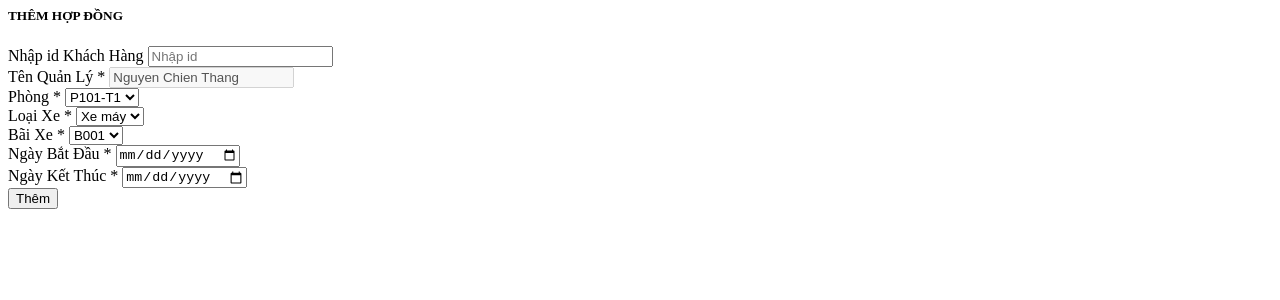
Repository: NguyenChienThangB1910143/QL_ChungCy
Page: http://localhost/hopdong/them
The author's editor kept a copy of each file at every save. The page is drawn from the files as they stood at one save, then again after the next save.
The browser window is 1280 px wide. The pictures show the whole page.
The page is served by the project's Laravel application, run on PHP 8.4 with Laravel 10. The first stored user is signed in. Other server files are loaded and not shown. The database holds what the project's SQL file puts in it. Queries for data that is not in the repository find no rows.

Above is the page before, as saved 2023-08-25 13:45:59.

### routes/web.php
<?php
use App\Http\Controllers\Auth\LogoutController;
use App\Http\Controllers\Auth\LoginController;
use App\Http\Controllers\BaiXeController;
use App\Http\Controllers\HomeController;
use App\Http\Controllers\HopDongController;
use App\Http\Controllers\PhongController;
use App\Http\Controllers\ThongKeController;
use App\Http\Controllers\TaiKhoanController;
use App\Http\Controllers\TangController;
use App\Http\Controllers\ToaController;
use Illuminate\Support\Facades\Route;

/*
|--------------------------------------------------------------------------
| Web Routes
|--------------------------------------------------------------------------
|
| Here is where you can register web routes for your application. These
| routes are loaded by the RouteServiceProvider and all of them will
| be assigned to the "web" middleware group. Make something great!
|
*/

Route::get('/', function () {
    return view('chungcu');
});
//router login
Route::get('/login', [LoginController::class, 'getLogin'])->name('login');;
Route::post('/login', [LoginController::class, 'postLogin'])->name('post-login');
Route::any('/forgotpassword', [LoginController::class, 'forgotpassword'])->name('forgot-password');
Route::group(['middleware' => 'auth'], function () {
    // router home
    Route::get('/', [HomeController::class, 'index'])->name('home');
    Route::get('/logout', [LogoutController::class, 'getLogout'])->name('logout');
    //phong
    Route::get('/phong', [PhongController::class, 'index'])->name('phong');
    Route::get('/phong/them', [PhongController::class, 'them'])->name('phong-them');
    Route::post('/phong/them', [PhongController::class, 'store'])->name('phong-store');
    Route::get('/phong/chinhsua/{id_phong}', [PhongController::class, 'chinhsua'])->name('phong-chinhsua');
    Route::post('/phong/update/{id_phong}', [PhongController::class, 'update'])->name('phong-update');
    // hop dong
    Route::get('/hopdong', [HopDongController::class, 'index'])->name('hopdong');
    Route::get('/hopdong/capnhat/{id_hopdong}', [HopDongController::class, 'capnhat'])->name('hopdong-capnhat');
    Route::post('/hopdong/update/{id_hopdong}', [HopDongController::class, 'update'])->name('hopdong-update');
    Route::get('/hopdong/them', [HopDongController::class, 'them'])->name('hopdong-them');
    Route::post('/hopdong/them', [HopDongController::class, 'store'])->name('hopdong-store');
    Route::get('/hopdong/chitiet/{id_hopdong}', [HopDongController::class, 'chitiet'])->name('hopdong-chitiet');
    // Tang
    Route::get('/tang', [TangController::class, 'index'])->name('tang');
    Route::get('/tang/them', [TangController::class, 'them'])->name('tang-them');
    Route::post('/tang/them', [TangController::class, 'store'])->name('tang-store');
    Route::get('/tang/chinhsua/{id_tang}', [TangController::class, 'chinhsua'])->name('tang-chinhsua');
    Route::post('/tang/update/{id_tang}', [TangController::class, 'update'])->name('tang-update');
    // tai khoan
    Route::get('/taikhoan', [TaiKhoanController::class, 'index'])->name('taikhoan');
    Route::get('/taikhoan/them', [TaiKhoanController::class, 'them'])->name('taikhoan-them');
    Route::post('/taikhoan/them', [TaiKhoanController::class, 'store'])->name('taikhoan-store');
    Route::get('/taikhoan/chinhsua/{id}', [TaiKhoanController::class, 'chinhsua'])->name('taikhoan-chinhsua');
    Route::post('/taikhoan/update/{id}', [TaiKhoanController::class, 'update'])->name('taikhoan-update');
    // thong ke
    Route::get('/thongke', [ThongKeController::class, 'index'])->name('thongke');
    // bai xe
    Route::get('/baixe', [BaiXeController::class, 'index'])->name('baixe');
    Route::get('/baixe/them', [BaiXeController::class, 'them'])->name('baixe-them');
    Route::post('/baixe/them', [BaiXeController::class, 'store'])->name('baixe-store');
    Route::get('/baixe/chinhsua/{id_baixe}', [BaiXeController::class, 'chinhsua'])->name('baixe-chinhsua');
    Route::post('/baixe/update/{id_baixe}', [BaiXeController::class, 'update'])->name('baixe-update');
    //toa
    Route::get('/toa', [ToaController::class, 'index'])->name('toa');
    Route::get('/toa/them', [ToaController::class, 'them'])->name('toa-them');
    Route::post('/toa/them', [ToaController::class, 'store'])->name('toa-store');
    Route::get('/toa/chinhsua/{id_toa}', [ToaController::class, 'chinhsua'])->name('toa-chinhsua');
    Route::post('/toa/update/{id_toa}', [ToaController::class, 'update'])->name('toa-update');

});

### app/Models/User.php
<?php

namespace App\Models;

// use Illuminate\Contracts\Auth\MustVerifyEmail;
use Illuminate\Database\Eloquent\Factories\HasFactory;
use Illuminate\Foundation\Auth\User as Authenticatable;
use Illuminate\Notifications\Notifiable;
use Laravel\Sanctum\HasApiTokens;

class User extends Authenticatable
{
    use HasApiTokens, HasFactory, Notifiable;

    protected $table = 'users';


    protected $primarykey = 'id';

    protected $fillable = [
        'name',
        'ngaysinh',
        'email',
        'sdt',
        'password',
        'quyen',
        'STK'
    ];

    public $timestamps = true;

    /**
     * The attributes that should be cast to native types.
     *
     * @var array
     */

    public function setPasswordAttribute($value)
    {
        $this->attributes['password'] = bcrypt($value);
    }
}

### app/Http/Controllers/HopDongController.php
<?php

namespace App\Http\Controllers;

use App\Http\Controllers\Controller;
use App\Models\BaiXe;
use Illuminate\Http\Request;
use App\Models\HopDong;
use App\Models\User;
use App\Models\Phong;
use Illuminate\Support\Facades\Auth;
use Session;
class HopDongController extends Controller
{
    public function index()
    {
        $title = 'Hợp Đồng';
        $breadcrumbs = [
            [
                'name' => 'Hợp Đồng',
                'link' => './hopdong'
            ]
        ];
        $hopdong = HopDong::join('users as user', 'user.id', '=', 'hopdong.id_user')
                  ->join('users as ql', 'ql.id', '=', 'hopdong.id_ql')
                  ->join('phong', 'phong.id_phong', '=', 'hopdong.id_phong')
                  ->join('baixe', 'baixe.id_baixe', '=', 'hopdong.id_baixe')
                  ->select(
                      'hopdong.*',
                      'user.name as ten_user',
                      'ql.name as ten_ql',
                      'phong.ten as ten_phong',
                      'baixe.ms as ms_baixe'
                  )
                  ->paginate(5);


        return view('hopdong/hopdong', compact('title', 'hopdong', 'breadcrumbs'));
    }
    public function capnhat(Request $request)
    {
        $title = 'Hợp Đồng';

        $breadcrumbs = [
            [
                'name' => 'Hợp đồng',
                'link' => '../'
            ], [
                'name' => 'Cập nhật',
                'link' => './' . $request->id_hopdong
            ]
        ];
        $capnhathopdong = HopDong::join('users as user', 'user.id', '=', 'hopdong.id_user')
        ->join('users as ql', 'ql.id', '=', 'hopdong.id_ql')
        ->join('phong', 'phong.id_phong', '=', 'hopdong.id_phong')
        ->join('baixe', 'baixe.id_baixe', '=', 'hopdong.id_baixe')
        ->select(
            'hopdong.*',
            'user.name as ten_user',
            'ql.name as ten_ql',
            'phong.ten as ten_phong',
            'baixe.ms as ms_baixe'
        )->where('id_hopdong', $request->id_hopdong)->get();

        return view('hopdong/capnhat', compact('title', 'capnhathopdong', 'breadcrumbs'));
    }
    public function update(Request $request)
    {
        // dd($request);
        $user = User::where('name', $request->ten_user)->first();
        $userql= User::Where('name',$request->ten_ql)->first();
        $phong = Phong::where('ten', $request->ten_phong)->first();
        $baixe = Baixe::where('ms', $request->ms_baixe)->first();
        $suahopdong = HopDong::where('id_hopdong', $request->id_hopdong)->update([
            'id_hopdong' => $request->id_hopdong,
            'id_user' => $user->id,
            'id_ql' => $userql->id,
            'id_phong' => $phong->id_phong,
            'id_baixe' => $baixe->id_baixe,
            'ngaybatdau' => $request->ngaybatdau,
            'ngayketthuc' => $request->ngayketthuc,
        ]);
        if ($suahopdong) {
            Session::flash('success', 'Cập nhật thành công.');
            return response()->json(['status' => 'success', 'message' => 'Cập nhật thành công.']);
        }

        return redirect()->route('hopdong')->with('success', 'Sửa không thành công, không được chỉnh sửa mã hợp đồng');
    }
    public function them()
    {
        $title = 'Hợp đồng';
        $breadcrumbs = [
            [
                'name' => 'Hợp đồng',
                'link' => './'
            ], [
                'name' => 'Thêm',
                'link' => './them'
            ]
        ];
        $hopdong = hopdong::get();
        $user =User::get();
        $baixe=BaiXe::get();
        $phong=Phong::get();
        return view('hopdong/them', compact('title', 'breadcrumbs', 'hopdong','user', 'phong', 'baixe'));
    }
    public function store(Request $request)
    {
        // Lấy id người dùng đang đăng nhập
         $id_ql = Auth::user()->id;

        // Lấy id người dùng được chọn từ request

        // Tạo hợp đồng mới
            $addhopdong = new HopDong();

            $addhopdong->id_user = $request->user;
            $addhopdong->id_ql = $id_ql;
            $addhopdong->id_phong = $request->phong;
            $addhopdong->id_baixe = $request->baixe;
            $addhopdong->ngaybatdau = $request->input('ngaybatdau');
            $addhopdong->ngayketthuc = $request->input('ngayketthuc');
            $addhopdong->save();

    // Hiển thị danh sách hợp đồng
    return redirect()->route('hopdong')->with('success', 'Thêm thành công');
}
public function chitiet(Request $request)
{
    $title = 'Hợp đồng';
    $breadcrumbs = [
        [
            'name' => 'Hợp đồng',
            'link' => '../'
        ], [
            'name' => 'Chi tiết',
            'link' => './' . $request->id_hopdong
        ]
    ];
    $chitiethopdong = HopDong::join('users as user', 'user.id', '=', 'hopdong.id_user')
    ->join('users as ql', 'ql.id', '=', 'hopdong.id_ql')
    ->join('phong', 'phong.id_phong', '=', 'hopdong.id_phong')
    ->join('baixe', 'baixe.id_baixe', '=', 'hopdong.id_baixe')
    ->select(
        'hopdong.*',
        'user.name as ten_user',
        'ql.name as ten_ql',
        'phong.ten as ten_phong',
        'baixe.ms as ms_baixe'
    )->where('id_hopdong', $request->id_hopdong)->get();

    return view('hopdong/chitiet', compact('title', 'chitiethopdong', 'breadcrumbs'));
}
}

### app/Models/HopDong.php
<?php

namespace App\Models;

use Illuminate\Database\Eloquent\Factories\HasFactory;
use Illuminate\Database\Eloquent\Model;

class HopDong extends Model
{
    use HasFactory;
    protected $table = 'hopdong';

    protected $primarykey = 'id_hopdong';

    protected $fillable = [
        'id_user',
        'id_phong',
        'id_baixe',
        'ngaybatdau',
        'ngayketthuc'
    ];
    public function hopdong_user()
    {
        return $this->hasOne(User::class, 'id_user' ,'id_user');
    }
    public function hopdong_phong()
    {
        return $this->hasOne(Phong::class, 'id_phong' ,'id_phong');
    }
    public function hopdong_baixe()
    {
        return $this->hasMany(BaiXe::class, 'id_baixe' ,'id_baixe');
    }
}

### app/Models/BaiXe.php
<?php

namespace App\Models;

use Illuminate\Database\Eloquent\Factories\HasFactory;
use Illuminate\Database\Eloquent\Model;

class BaiXe extends Model
{
    use HasFactory;
    protected $table= 'baixe';
    protected $primarykey = 'id_baixe';
    protected $fillable = [
        'ms',
        'loaixe',
        'tinhtrang',
        'gia',
    ];
    public function hopdong()
    {
        return $this->hasOne(HopDong::class, 'id_baixe' ,'id_baixe');
    }
}

### app/Models/Phong.php
<?php

namespace App\Models;

use Illuminate\Database\Eloquent\Factories\HasFactory;
use Illuminate\Database\Eloquent\Model;

class Phong extends Model
{
    use HasFactory;
    protected $table = 'phong';

    protected $primarykey = 'id_phong';

    protected $fillable = [
        'id_tang',
        'ten',
        'tinhtrang',
        'gia'
    ];
    public function phong_tang()
    {
        return $this->belongsTo(Tang::class, 'id_tang' ,'id_tang');
    }
    public function phong_hopdong()
    {
        return $this->hasMany(HopDong::class, 'id_phong', 'id_phong');
    }
}

### resources/views/hopdong/them.blade.php
<!-- Content -->
@csrf

<div class="container col-md-auto mt-2">
    <div class="alert alert-primary">
        <div class="row justify-content-center">
            <h5 class="text-center" id="side12">THÊM HỢP ĐỒNG</h5>
        </div>
        <div class="mb-3 option-user">
                <label class="form-label">Nhập id Khách Hàng</label>
                <input type="text" class="form-control" id="search" placeholder="Nhập id" list="userList" name="user">
                    <datalist id="userList">
                        @foreach($user as $user)
                        <option value="{{$user->id}}">{{ $user->name }}</option>
                        @endforeach
                    </datalist>
                </input>
        </div>
        <div class="mb-3 option-ql">
            <label class="form-label">Tên Quản Lý
                <span id="colorIcon">*</span>
            </label>
            <input disabled required class="form-control" type="text" name="ten_ql" value="{{Auth::user()->name}}">
        </div>
        <div class="mb-3 option-phong">
            <label class="form-label">Phòng
                <span id="colorIcon">*</span>
            </label>
            <select style="cursor: pointer;" class="form-control" aria-label="Default select example" id="phong" name="phong">
                @foreach($phong as $phong)
                <option value="{{$phong->id_phong}}">{{$phong->ten}}</option>
                @endforeach
            </select>
        </div>
        <div class="mb-3 option-loaixe">
    <label class="form-label">Loại Xe
        <span id="colorIcon">*</span>
    </label>
    <select style="cursor: pointer;" class="form-control" aria-label="Default select example" id="loaixe" name="loaixe">
        <option value="xe máy">Xe máy</option>
        <option value="ô tô">Ô tô</option>
    </select>
</div>

<div class="mb-3 option-baixe">
    <label class="form-label">Bãi Xe
        <span id="colorIcon">*</span>
    </label>
    <select style="cursor: pointer;" class="form-control" aria-label="Default select example" id="baixe" name="baixe">
        @foreach($baixe as $baixe)
            @if($baixe->loaixe == 'Xe máy')
                <option value="{{$baixe->id_baixe}}">{{$baixe->ms}}</option>
            @endif
        @endforeach
    </select>
</div>
        <div class="mb-3 option-ngaybatdau">
            <label class="form-label">Ngày Bắt Đầu
                <span id="colorIcon">*</span>
            </label>
            <input required class="form-control" type="date" name="ngaybatdau">
        </div>
        <div class="mb-3 option-ngayketthuc">
            <label class="form-label">Ngày Kết Thúc
                <span id="colorIcon">*</span>
            </label>
            <input required class="form-control" type="date" name="ngayketthuc">
        </div>
        <div class="row justify-content-center">
            <button type="submit" class="btn btn-success col-md-5" id="">Thêm</button>
        </div>
    </div>
</div>
<script>
    // Lắng nghe sự kiện thay đổi giá trị của trường loaixe
    document.getElementById('loaixe').addEventListener('change', function() {
        // Lấy giá trị của trường loaixe
        var loaixe = this.value;

        // Lấy danh sách các option trong trường baixe
        var options = document.querySelectorAll('#baixe option');

        // Duyệt qua từng option
        options.forEach(function(option) {
            // Lấy giá trị của option
            var value = option.value;

            // Tìm bãi xe tương ứng với giá trị của option
            var baixe = @json($baixe).find(function(baixe) {
                return baixe.id_baixe == value;
            });

            // Nếu bãi xe có loại xe khớp với giá trị của trường loaixe
            if (baixe.loaixe == loaixe) {
                // Hiển thị option
                option.style.display = 'block';
            } else {
                // Ẩn option
                option.style.display = 'none';
            }
        });
    });
    // Lấy phần tử input và datalist
const searchInput = document.querySelector('#search');
const userList = document.querySelector('#userList');

// Lắng nghe sự kiện 'input' trên phần tử input
searchInput.addEventListener('input', function() {
    // Lấy giá trị của phần tử input
    const searchValue = searchInput.value.trim().toLowerCase();

    // Lọc danh sách người dùng dựa trên giá trị tìm kiếm
    const filteredUsers = users.filter(function(user) {
        return user.name.toLowerCase().includes(searchValue);
    });

    // Cập nhật danh sách tùy chọn trong phần tử datalist
    userList.innerHTML = '';
    for (const user of filteredUsers) {
        const option = document.createElement('option');
        option.value = user.name;
        userList.appendChild(option);
    }
});
</script>

### chungcutest.sql (the tables this page reads)
CREATE TABLE `baixe` (
  `id_baixe` int(11) NOT NULL,
  `ms` varchar(255) NOT NULL,
  `loaixe` varchar(255) NOT NULL,
  `tinhtrang` int(11) DEFAULT NULL,
  `gia` double NOT NULL,
  `created_at` timestamp NULL DEFAULT NULL,
  `updated_at` timestamp NULL DEFAULT NULL
) ENGINE=InnoDB DEFAULT CHARSET=utf8mb4 COLLATE=utf8mb4_general_ci;

INSERT INTO `baixe` (`id_baixe`, `ms`, `loaixe`, `tinhtrang`, `gia`, `created_at`, `updated_at`) VALUES
(3, 'A001', 'Ô tô', 0, 100000, '2023-12-04 21:37:57', '2023-12-04 21:37:57'),
(4, 'B001', 'Xe máy', 0, 50000, '2023-12-04 21:38:21', '2023-12-04 21:38:21');

ALTER TABLE `baixe`
  ADD PRIMARY KEY (`id_baixe`);

ALTER TABLE `baixe`
  MODIFY `id_baixe` int(11) NOT NULL AUTO_INCREMENT, AUTO_INCREMENT=5;

CREATE TABLE `phong` (
  `id_phong` int(11) NOT NULL,
  `ten` varchar(255) NOT NULL,
  `id_tang` int(11) NOT NULL,
  `tinhtrang` int(11) DEFAULT NULL,
  `created_at` timestamp NULL DEFAULT NULL,
  `updated_at` timestamp NULL DEFAULT NULL
) ENGINE=InnoDB DEFAULT CHARSET=utf8mb4 COLLATE=utf8mb4_general_ci;

INSERT INTO `phong` (`id_phong`, `ten`, `id_tang`, `tinhtrang`, `created_at`, `updated_at`) VALUES
(8, 'P101-T1', 4, 0, '2023-12-04 21:35:05', '2023-12-04 21:35:05'),
(9, 'P102-T1', 4, 0, '2023-12-04 21:35:30', '2023-12-04 21:35:30'),
(10, 'P103-T1', 4, 0, '2023-12-04 21:35:52', '2023-12-04 21:35:52'),
(11, 'P104-T1', 4, 0, '2023-12-04 21:36:18', '2023-12-04 21:36:18'),
(12, 'P105-T1', 4, 0, '2023-12-04 21:36:44', '2023-12-04 21:36:44');

ALTER TABLE `phong`
  ADD PRIMARY KEY (`id_phong`);

ALTER TABLE `phong`
  MODIFY `id_phong` int(11) NOT NULL AUTO_INCREMENT, AUTO_INCREMENT=13;

CREATE TABLE `users` (
  `id` int(11) NOT NULL,
  `name` varchar(255) NOT NULL,
  `ngaysinh` date DEFAULT NULL,
  `email` varchar(255) NOT NULL,
  `sdt` varchar(20) NOT NULL,
  `password` varchar(255) NOT NULL,
  `quyen` int(11) NOT NULL,
  `STK` varchar(255) NOT NULL,
  `trangthai` int(11) DEFAULT NULL,
  `created_at` timestamp NULL DEFAULT NULL,
  `updated_at` timestamp NULL DEFAULT NULL
) ENGINE=InnoDB DEFAULT CHARSET=utf8mb4 COLLATE=utf8mb4_general_ci;

INSERT INTO `users` (`id`, `name`, `ngaysinh`, `email`, `sdt`, `password`, `quyen`, `STK`, `trangthai`, `created_at`, `updated_at`) VALUES
(1, 'Nguyen Chien Thang', '2001-03-26', 'nguyenchienthang2632001@gmail.com', '0582427509', '$2y$10$SxP62ScawJ1/0p5Z1a.abuD/SD6Jx6i3fLJ7hGurI5XMRNDW/E402', 0, '6546545466', 1, NULL, '2023-11-27 04:43:20'),
(6, 'Nguyen Van A', '2023-12-08', 'a@gmail.com', '0545154815', '$2y$10$886oVFZFLkfpyjHaJsEDcOHqhUWV8BBoecl2p44Z5ZqfF5W31yTzK', 2, '165512185151', 1, '2023-12-08 00:41:54', '2023-12-08 00:41:54');

ALTER TABLE `users`
  ADD PRIMARY KEY (`id`);

ALTER TABLE `users`
  MODIFY `id` int(11) NOT NULL AUTO_INCREMENT, AUTO_INCREMENT=7;

Loaded but not shown: app/Providers/AppServiceProvider.php (common file); app/Http/Controllers/Controller.php (common file)

After the next save:
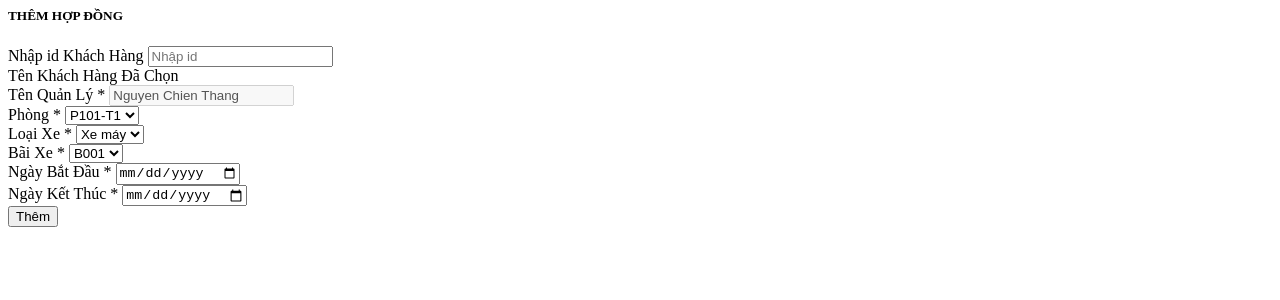
Saved 4 min 29 s later.
--- a/resources/views/hopdong/them.blade.php
+++ b/resources/views/hopdong/them.blade.php
@@ -16,6 +16,11 @@
                     </datalist>
                 </input>
         </div>
+        <div class="mb-3 option-user">
+    <label class="form-label">Tên Khách Hàng Đã Chọn</label>
+    <span id="userName"></span>
+</div>
+
         <div class="mb-3 option-ql">
             <label class="form-label">Tên Quản Lý
                 <span id="colorIcon">*</span>

After the 4 saves that followed:
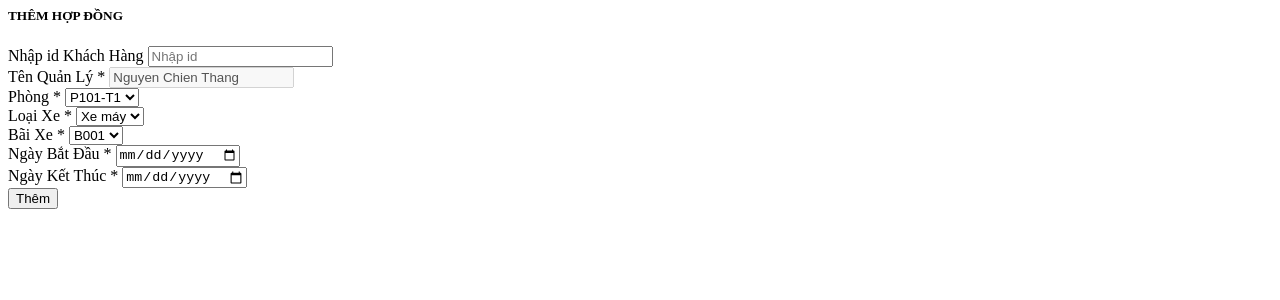
The 4 saves are shown as one change because 3 left the picture as it was.
The last was saved 9 min 52 s later.
--- a/resources/views/hopdong/them.blade.php
+++ b/resources/views/hopdong/them.blade.php
@@ -16,11 +16,6 @@
                     </datalist>
                 </input>
         </div>
-        <div class="mb-3 option-user">
-    <label class="form-label">Tên Khách Hàng Đã Chọn</label>
-    <span id="userName"></span>
-</div>
-
         <div class="mb-3 option-ql">
             <label class="form-label">Tên Quản Lý
                 <span id="colorIcon">*</span>
